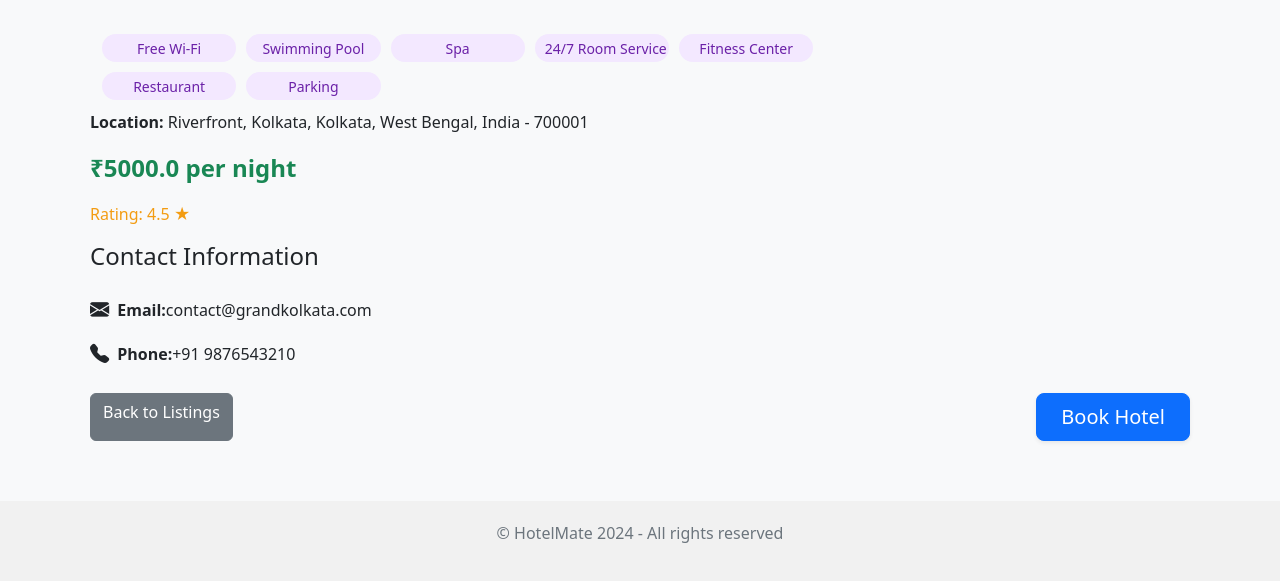
Repository: himanshu2k23/HoteMate
Page: http://localhost/HotelMate/details.jsp
These files come from the project's save history. The page is drawn as it stood at one moment and after the next save; the edit follows.
The browser window is 1280 px wide. The pictures show the part of the page from y = 706 to 1287 px (the page is 1287 px tall before and 1160 px after).
The page is served by Tomcat 10.

Above is the page before, as saved 2025-01-13 19:30:21.

After the next save:
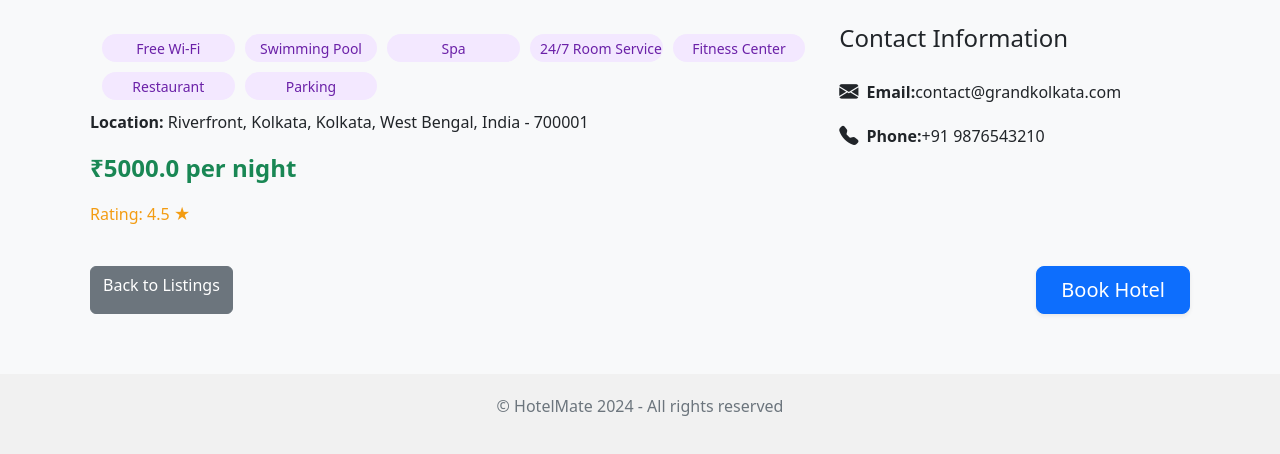
Saved 41 s later.
--- a/HotelMate/src/main/webapp/details.jsp
+++ b/HotelMate/src/main/webapp/details.jsp
@@ -125,7 +125,7 @@ body {
 		</div>
 
 		<!-- Hotel Information -->
-		<div class=" mt-4">
+		<div class="row mt-4">
 
 			<div class="col-md-8">
 				<div class="amenities-list">
